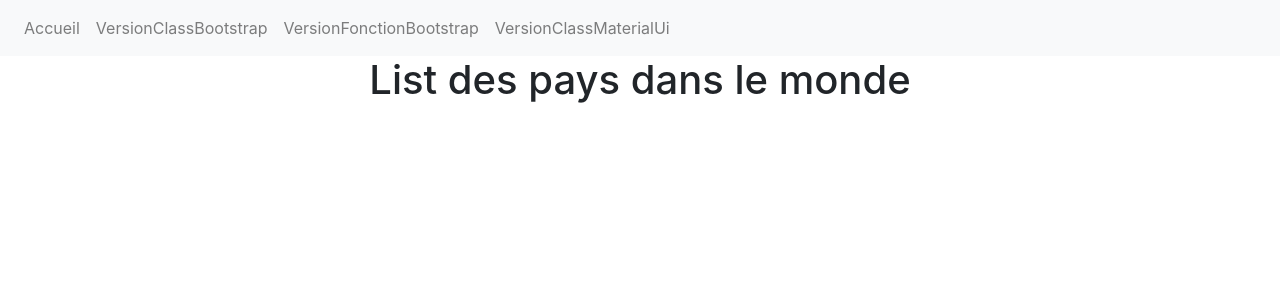
Repository: LudovicB21/CountryTest
Page: /VersionFonctionBoostrap
The author's editor kept a copy of each file at every save. The page is drawn from the files as they stood at one save, then again after the next save.
The browser window is 1280 px wide. The pictures show the whole page.
The page's requests for data from a server got no answer. The project was rebuilt for these pictures with package versions that can differ from the ones it lists, and the page was loaded fresh each time. No one was signed in, and anything a server would have sent is missing. Also part of the build but not shown: src/components/VersionClassBootstrap/ListPays.components.js, src/components/VersionClassMaterialUi/ListPays.components.js, src/components/Accueil.js, src/components/VersionClassBootstrap/InfoPays.components.js, src/components/VersionClassMaterialUi/InfoPays.components.js, src/components/VersionFonctionBoostrap/InfoPays.components.js.

Above is the page before, as saved 2020-10-29 10:10:31.

### public/index.html
<!DOCTYPE html>
<html lang="en">
  <head>
    <meta charset="utf-8" />
    <link rel="icon" href="%PUBLIC_URL%/favicon.ico" />
    <link rel="stylesheet" href="https://cdn.jsdelivr.net/npm/bootstrap@4.5.3/dist/css/bootstrap.min.css" integrity="sha384-TX8t27EcRE3e/ihU7zmQxVncDAy5uIKz4rEkgIXeMed4M0jlfIDPvg6uqKI2xXr2" crossorigin="anonymous">
    <meta name="viewport" content="width=device-width, initial-scale=1" />
    <meta name="theme-color" content="#000000" />
    <meta
      name="description"
      content="Web site created using create-react-app"
    />
    <link rel="apple-touch-icon" href="%PUBLIC_URL%/logo192.png" />
    <!--
      manifest.json provides metadata used when your web app is installed on a
      user's mobile device or desktop. See https://developers.google.com/web/fundamentals/web-app-manifest/
    -->
    <link rel="manifest" href="%PUBLIC_URL%/manifest.json" />
    <link
      rel="stylesheet"
      href="https://maxcdn.bootstrapcdn.com/bootstrap/4.5.0/css/bootstrap.min.css"
      integrity="sha384-9aIt2nRpC12Uk9gS9baDl411NQApFmC26EwAOH8WgZl5MYYxFfc+NcPb1dKGj7Sk"
      crossorigin="anonymous"
    />
    <link rel="stylesheet" href="https://cdn.jsdelivr.net/npm/bootstrap@4.5.3/dist/css/bootstrap.min.css" integrity="sha384-TX8t27EcRE3e/ihU7zmQxVncDAy5uIKz4rEkgIXeMed4M0jlfIDPvg6uqKI2xXr2" crossorigin="anonymous">

    <!--
      Notice the use of %PUBLIC_URL% in the tags above.
      It will be replaced with the URL of the `public` folder during the build.
      Only files inside the `public` folder can be referenced from the HTML.

      Unlike "/favicon.ico" or "favicon.ico", "%PUBLIC_URL%/favicon.ico" will
      work correctly both with client-side routing and a non-root public URL.
      Learn how to configure a non-root public URL by running `npm run build`.
    -->
    <title>React App</title>
  </head>
  <body>
    <noscript>You need to enable JavaScript to run this app.</noscript>
    <div id="root"></div>
    <!--
      This HTML file is a template.
      If you open it directly in the browser, you will see an empty page.

      You can add webfonts, meta tags, or analytics to this file.
      The build step will place the bundled scripts into the <body> tag.

      To begin the development, run `npm start` or `yarn start`.
      To create a production bundle, use `npm run build` or `yarn build`.
    -->
  </body>
</html>

### src/App.js
import React from 'react';
import './App.css';
import ListPays from "./components/VersionClassBootstrap/ListPays.components"
import ListPaysMaterial from "./components/VersionClassMaterialUi/ListPays.components"
import ListPaysFonction from "./components/VersionFonctionBoostrap/ListPays.components"
import Accueil from "./components/Accueil"
import { BrowserRouter as Router, Route, Switch} from 'react-router-dom'
import InfoPays from "./components/VersionClassBootstrap/InfoPays.components"
import InfosPaysMaterial from "./components/VersionClassMaterialUi/InfoPays.components"
import InfoPaysFonction from "./components/VersionFonctionBoostrap/InfoPays.components"
import Nav from "./components/Navigation"
function App() {
  return (
    <div className="App">
        <Router>
          <Nav />
          <Switch>
            <Route path="/"  exact component={Accueil} />
            <Route path="/VersionClassBootstrap" exact component={ListPays} />
            <Route path="/VersionFonctionBoostrap" exact component={ListPaysFonction} />
            <Route path="/VersionClassMaterialUi" exact component={ListPaysMaterial} />
            <Route path="/VersionClassMaterialUi/:id" component={InfosPaysMaterial} />
            <Route path="/VersionClassBootstrap/:id"  component={InfoPays }/>
            <Route path="/VersionFonctionBoostrap/:id" component={InfoPaysFonction} />
          </Switch>
        </Router>
    </div>
  );
}

export default App;

### src/components/VersionFonctionBoostrap/ListPays.components.js
import React, { useEffect, useState } from 'react'
import {Link} from 'react-router-dom'
/*
class Pays extends Component{
  state = {
    items: []
  }

  componentDidMount(){
    fetch(
      "https://restcountries.eu/rest/v2/all"
    )
    .then(response => response.json())
    .then(responseJson => {
      this.setState({items: responseJson})
    })
  }

  render(){
    return(
      <div className="container">
        <h1>List des pays dans le monde </h1>
          <ul className="list-group">
            {this.state.items.map(pays => {
              return (<Link to={{pathname: `/VersionClassBootstrap/${pays.name}`, query: {pays}}}>
                <li key={pays.alpha3Code} className="list-group-item">
                  {pays.name} <img src={pays.flag} style={{width: "50px", height: "50px"}} alt="drapeau" />
                </li>
              </Link>
            )})}
          </ul>
      </div>
    )
  }


}


export default Pays */

function Pays(){
  useEffect(() => {
    fetchItems();
  }, []);

  const [items, setItems] = useState([]);
   const fetchItems = async () => {
    const data = await fetch(
      "https://restcountries.eu/rest/v2/all",
        {
          headrs:{"Access-Control-Allow-Origin": "*"}
        }
    )
    const items = await data.json()
    setItems(items);
  };

   return (
      <div className="container">
        <h1>List des pays dans le monde </h1>
          <ul className="list-group">
            {items.map(pays => {
              return (<Link to={{pathname: `/VersionFonctionBootstrap/${pays.name}`, query: {pays}}}>
                <li className="list-group-item">
                  {pays.name} <img src={pays.flag} alt={pays.flag} style={{width: "50px", height: "50px"}} />
                </li>
              </Link>
            )})}
          </ul>
      </div>
  );
 }
  export default Pays;

### src/components/Navigation.js
import React, { Component } from 'react';
import { Link } from 'react-router-dom';

class Navigation extends Component {
    render() {
        return (
            <nav class="navbar navbar-expand-lg navbar-light bg-light">
            <button class="navbar-toggler" type="button" data-toggle="collapse" data-target="#navbarNav" aria-controls="navbarNav" aria-expanded="false" aria-label="Toggle navigation">
                <span class="navbar-toggler-icon"></span>
            </button>
            <div class="collapse navbar-collapse" id="navbarNav">
                <ul class="navbar-nav">
                    <Link to="/">
                        <li class="nav-item">
                            <a class="nav-link">Accueil</a>
                        </li>
                    </Link>
                    <Link to="/VersionClassBootstrap">
                        <li class="nav-item">
                            <a class="nav-link">VersionClassBootstrap</a>
                        </li>
                    </Link>
                    <Link to="/VersionFonctionBoostrap">
                        <li class="nav-item">
                            <a class="nav-link">VersionFonctionBootstrap</a>
                        </li>
                    </Link>
                    <Link to="/VersionClassMaterialUi">
                        <li class="nav-item">
                            <a class="nav-link">VersionClassMaterialUi</a>
                        </li>
                    </Link>
                </ul>
            </div>
            </nav>
        )
    }
}

export default Navigation

Loaded but not shown: src/index.js (common file); src/index.css (common file); src/serviceWorker.js (common file); src/App.css (common file)

After the next save:
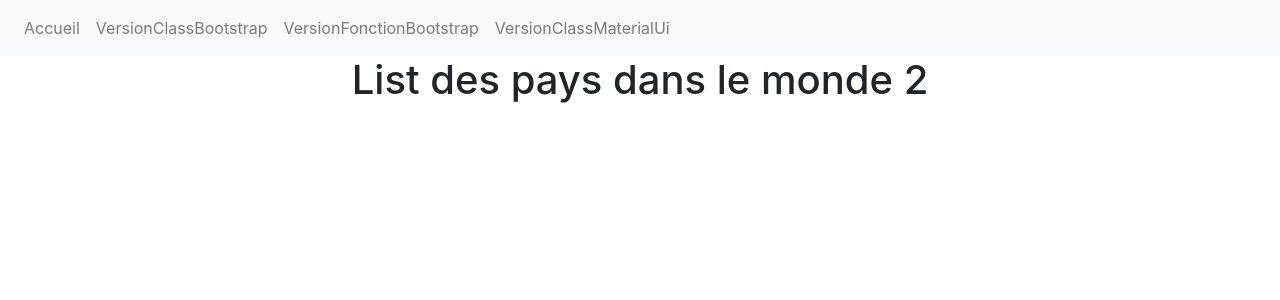
Saved 15 s later.
--- a/src/components/VersionFonctionBoostrap/ListPays.components.js
+++ b/src/components/VersionFonctionBoostrap/ListPays.components.js
@@ -58,7 +58,7 @@ function Pays(){
 
    return (
       <div className="container">
-        <h1>List des pays dans le monde </h1>
+        <h1>List des pays dans le monde 2 </h1>
           <ul className="list-group">
             {items.map(pays => {
               return (<Link to={{pathname: `/VersionFonctionBootstrap/${pays.name}`, query: {pays}}}>
